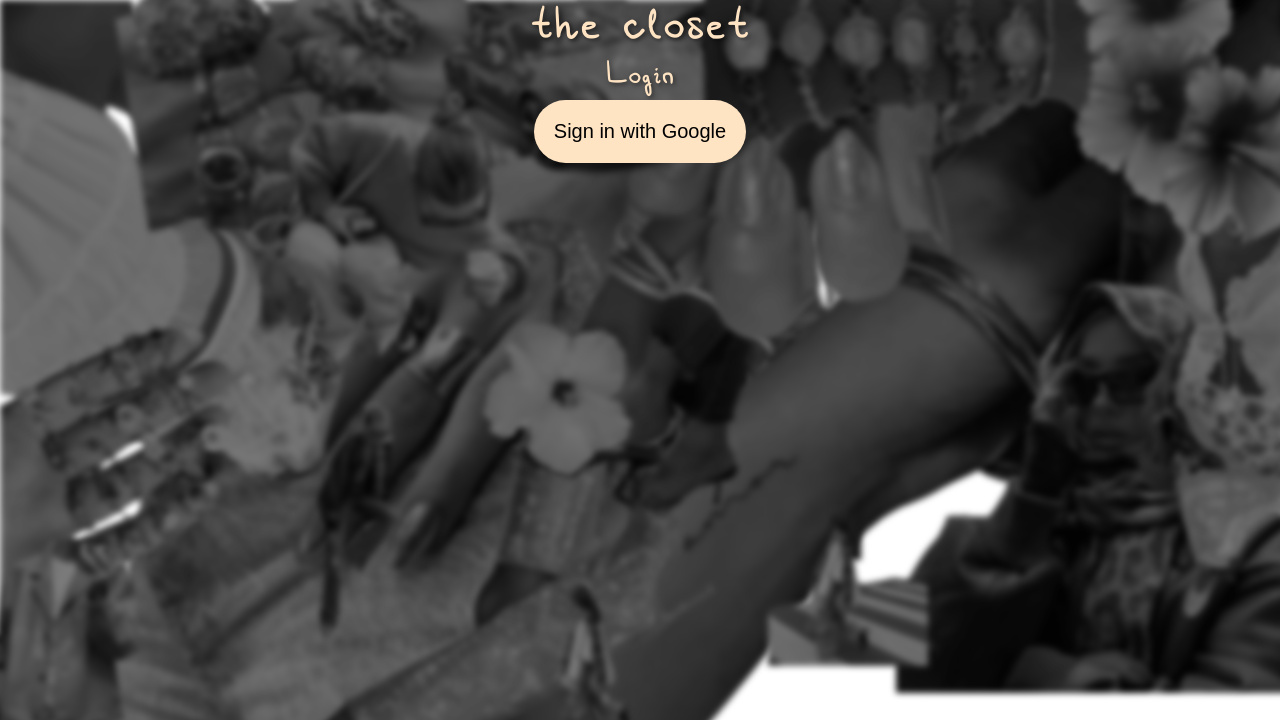
Repository: karla-sikavica/theCloset
Page: / (app in frontend/)
These files come from the project's save history. The page is drawn as it stood at one moment and after the next save; the edit follows.
The browser window is 1280 px wide. The pictures show the whole page.
The project was rebuilt for these pictures with package versions that can differ from the ones it lists, and the page was loaded fresh each time. Also part of the build but not shown: frontend/vite.config.ts.

Above is the page before, as saved 2025-03-29 16:23:02.

### frontend/src/index.css
@font-face {
  font-family: 'Kalla';
  src: url('/fonts/Kalla-Regular.ttf') format('truetype');
  font-weight: 400;
  font-style: normal;
}

:root {
  font-family: 'Kalla', system-ui, Avenir, Helvetica, Arial, sans-serif;
  line-height: 50px;
  font-weight: 400;
  display: block;


  font-synthesis: none;
  text-rendering: optimizeLegibility;
  -webkit-font-smoothing: antialiased;
  -moz-osx-font-smoothing: grayscale;
}

### frontend/src/App.tsx
import { BrowserRouter as Router, Routes, Route } from "react-router-dom";
import "./App.css";
import Login from "./pages/Login";
import Collage from "./components/ui/Collage";

function App() {
  return (
    <Router>
      <Collage />

      <div className="main-content">
        <Routes>
          <Route path="/" element={<Login></Login>} />
          <Route path="/login" element={<Login />} />
        </Routes>
      </div>
    </Router>
  );
}

export default App;

### frontend/src/App.css
#root {
  max-width: 1280px;
  margin: 0 auto;
  padding: 2rem;
  text-align: center;
}

body {
  color: bisque;
  text-shadow: 2px 2px 4px rgba(0, 0, 0, 0.5);
}

body, html, #root {
  margin: 0;
  padding: 0;
  height: 100%;
  width: 100%;
  overflow: hidden;
}

/* Optional: to make sure your app content appears above the collage */
.main-content {
  z-index: 10;

   position: relative;
  /*pointer-events: auto;
  height: 100%; */
}

/*
body::before {
  content: "";
  position: fixed;
  top: 0;
  left: 0;
  width: 100vh;
  height: 100vw;
  background-image: url("/images/download.jpeg");
  background-repeat: no-repeat;
  background-size: cover;
  background-position: center;
  transform: rotate(270deg) translate(-100vh, 0);
  transform-origin: top left;
  z-index: -1;
}

body::after {
  content: "";
  position: fixed;
  top: 0;
  left: 0;
  width: 100vw;
  height: 100vh;
  /* background: rgba(50, 30, 10, 0.6); */
/*   z-index: -1;
 *//* */

### frontend/src/pages/Login.tsx
import GoogleLogin from "../components/ui/GoogleLogin";

function Login() {
  return (
    <div style={{ margin: "auto" }}>
      <h1 style={{ fontSize: 100, margin: 0 }}>the closet</h1>
      <h2 style={{ fontSize: 60, margin: 0 }}>Login</h2>
      <div style={{ textAlign: "center" }}>
        <GoogleLogin></GoogleLogin>
      </div>
    </div>
  );
}

export default Login;

### frontend/src/components/ui/Collage.tsx
import React, { useEffect, useRef } from "react";
import "../css/Collage.css";

/* const imageCount = 32;
 */
type CollageImage = {
  src: string;
  top: string;
  left: string;
  width: string;
  rotate?: string;
  zIndex?: number;
};

const collageConfig: CollageImage[] = [
  {
    src: "/images/photo%20(1).png",
    top: "45%",
    left: "0%",
    width: "250px",
    rotate: "0deg",
    zIndex: 2,
  },
  {
    src: "/images/photo%20(2).png",
    top: "30%",
    left: "25%",
    width: "400px",
    rotate: "0deg",
    zIndex: 1,
  },
  {
    src: "/images/photo%20(3).png",
    top: "18%",
    left: "40%",
    width: "350px",
    rotate: "0deg",
    zIndex: 0,
  },
  {
    src: "/images/photo%20(4).png",
    top: "-5%",
    left: "55%",
    width: "400px",
    rotate: "0deg",
    zIndex: 3,
  },
  {
    src: "/images/photo%20(5).png",
    top: "30%",
    left: "40%",
    width: "260px",
    rotate: "0deg",
    zIndex: 1,
  },
  {
    src: "/images/photo%20(6).png",
    top: "10%",
    left: "18%",
    width: "300px",
    rotate: "0deg",
    zIndex: 4,
  },
  {
    src: "/images/photo%20(7).png",
    top: "38%",
    left: "70%",
    width: "400px",
    rotate: "0deg",
    zIndex: 1,
  },
  {
    src: "/images/photo%20(8).png",
    top: "0%",
    left: "0%",
    width: "350px",
    rotate: "0deg",
    zIndex: 1,
  },
  {
    src: "/images/photo%20(9).png",
    top: "0%",
    left: "35%",
    width: "280px",
    rotate: "-6deg",
    zIndex: 2,
  },
  {
    src: "/images/photo%20(10).png",
    top: "42%",
    left: "20%",
    width: "200px",
    rotate: "15deg",
    zIndex: 1,
  },
  {
    src: "/images/photo%20(11).png",
    top: "-20%",
    left: "70%",
    width: "400px",
    rotate: "0deg",
    zIndex: 0,
  },
  {
    src: "/images/photo%20(12).png",
    top: "-20%",
    left: "10%",
    width: "350px",
    rotate: "-9deg",
    zIndex: 1,
  },
  {
    src: "/images/photo%20(13).png",
    top: "0%",
    left: "6%",
    width: "550px",
    rotate: "0deg",
    zIndex: 0,
  },
  {
    src: "/images/photo%20(14).png",
    top: "70%",
    left: "60%",
    width: "160px",
    rotate: "0deg",
    zIndex: 2,
  },
  {
    src: "/images/photo%20(15).png",
    top: "75%",
    left: "40%",
    width: "170px",
    rotate: "-8deg",
    zIndex: 3,
  },
  {
    src: "/images/photo%20(16).png",
    top: "3%",
    left: "48%",
    width: "500px",
    rotate: "3deg",
    zIndex: 0,
  },
  {
    src: "/images/photo%20(17).png",
    top: "0%",
    left: "45%",
    width: "380px",
    rotate: "0deg",
    zIndex: 1,
  },
  {
    src: "/images/photo%20(18).png",
    top: "75%",
    left: "-3%",
    width: "200px",
    rotate: "10deg",
    zIndex: 3,
  },
  {
    src: "/images/photo%20(19).png",
    top: "22%",
    left: "86%",
    width: "290px",
    rotate: "0deg",
    zIndex: 2,
  },
  {
    src: "/images/photo%20(30).png",
    top: "-20%",
    left: "80%",
    width: "300px",
    rotate: "-27deg",
    zIndex: 3,
  },
  {
    src: "/images/photo%20(29).png",
    top: "30%",
    left: "35%",
    width: "270px",
    rotate: "180deg",
    zIndex: 3,
  } /*,
  {
    src: "/images/photo%20(22).png",
    top: "65%",
    left: "5%",
    width: "160px",
    rotate: "5deg",
    zIndex: 3,
  },
  {
    src: "/images/photo%20(23).png",
    top: "60%",
    left: "20%",
    width: "180px",
    rotate: "-7deg",
    zIndex: 2,
  },
  {
    src: "/images/photo%20(24).png",
    top: "15%",
    left: "50%",
    width: "190px",
    rotate: "6deg",
    zIndex: 1,
  },
  {
    src: "/images/photo%20(25).png",
    top: "10%",
    left: "30%",
    width: "160px",
    rotate: "-4deg",
    zIndex: 3,
  },
  {
    src: "/images/photo%20(26).png",
    top: "40%",
    left: "50%",
    width: "170px",
    rotate: "11deg",
    zIndex: 2,
  },
  {
    src: "/images/photo%20(27).png",
    top: "50%",
    left: "75%",
    width: "180px",
    rotate: "-9deg",
    zIndex: 1,
  },
  {
    src: "/images/photo%20(28).png",
    top: "35%",
    left: "10%",
    width: "200px",
    rotate: "4deg",
    zIndex: 2,
  },
  {
    src: "/images/photo%20(29).png",
    top: "25%",
    left: "65%",
    width: "190px",
    rotate: "-5deg",
    zIndex: 3,
  },
  {
    src: "/images/photo%20(30).png",
    top: "70%",
    left: "85%",
    width: "160px",
    rotate: "6deg",
    zIndex: 1,
  },
  {
    src: "/images/photo%20(31).png",
    top: "80%",
    left: "35%",
    width: "170px",
    rotate: "-3deg",
    zIndex: 2,
  },
  {
    src: "/images/photo%20(32).png",
    top: "90%",
    left: "50%",
    width: "180px",
    rotate: "8deg",
    zIndex: 3,
  }, */,
];

const Collage: React.FC = () => {
  return (
    <div className="collage-background">
      {collageConfig.map((img, index) => (
        <img
          key={index}
          src={img.src}
          alt={`collage-img-${index}`}
          className="collage-img"
          style={{
            top: img.top,
            left: img.left,
            width: img.width,
            transform: `rotate(${img.rotate || "0deg"})`,
            zIndex: img.zIndex || 0,
          }}
        />
      ))}
    </div>
  );
};

export default Collage;

/*
const Collage: React.FC = () => {
  const containerRef = useRef<HTMLDivElement>(null);

  useEffect(() => {
    const container = containerRef.current;
    if (!container) return;

    const imgs = container.querySelectorAll("img");
    imgs.forEach((img) => {
      const x = Math.random() * 100;
      const y = Math.random() * 100;
      const rotate = Math.random() * 20 - 10; // rotate between -10 and +10 degrees
      const z = Math.floor(Math.random() * 10); // random z-index

      img.style.top = `${y}vh`;
      img.style.left = `${x}vw`;
      img.style.transform = `rotate(${rotate}deg)`;
      img.style.zIndex = z.toString();
    });
  }, []);

  return (
    <div className="collage-background" ref={containerRef}>
      {[...Array(imageCount)].map((_, index) => (
        <img
          key={index}
          src={`/images/photo%20(${index + 1}).png`}
          alt={`collage-img-${index}`}
          className="collage-img"
        />
      ))}
    </div>
  );
};

export default Collage; */

### frontend/src/components/ui/GoogleLogin.tsx
// src/components/GoogleLogin.js
import { signInWithPopup } from "firebase/auth";
import { auth, googleProvider } from "../../firebase";
import GoogleButton from "./GoogleButton";

function GoogleLogin() {
  const handleGoogleLogin = async () => {
    try {
      const result = await signInWithPopup(auth, googleProvider);
      const user = result.user;

      const token = await user.getIdToken();
      console.log("✅ Google login successful! Token:", token);

      const res = await fetch("http://localhost:8080/categories", {
        headers: {
          Authorization: `Bearer ${token}`,
        },
      });

      const data = await res.json();
      console.log("Backend response:", data);
    } catch (error: any) {
      console.error("❌ Google login error:", error.message);
    }
  };

  return (
    <div>
      <GoogleButton onClick={handleGoogleLogin}>
        Sign in with Google
      </GoogleButton>{" "}
    </div>
  );
}

export default GoogleLogin;

### frontend/src/components/css/Collage.css

  .collage-background {
    position: fixed;
    top: 0;
    left: 0;
    width: 100vw;
    height: 100vh;
    overflow: hidden;
    z-index: 0;
    pointer-events: auto;
  }

  .collage-img {
    position: absolute;
    object-fit: contain;
    filter: grayscale(100%) blur(3px) brightness(0.5);
    pointer-events: auto;
    border: none;
  }

  .collage-img:hover {
    filter: grayscale(0%);

/*     border: 3px solid bisque;
 */  }

### frontend/src/firebase.ts
import { initializeApp } from "firebase/app";
import { getAuth, GoogleAuthProvider  } from "firebase/auth";

//import { getAnalytics } from "firebase/auth";

const firebaseConfig = {
  apiKey: "AIzaSyAbHQdx6UcrnGOItmjSgqMahJKQc3tssx8",
  authDomain: "thecloset-7ba5e.firebaseapp.com",
  projectId: "thecloset-7ba5e",
  storageBucket: "thecloset-7ba5e.firebasestorage.app",
  messagingSenderId: "77195632073",
  appId: "1:77195632073:web:69fd94b7e825471e71dc18",
  measurementId: "G-8GEFS4DWQG"
};

// Initialize Firebase
const app = initializeApp(firebaseConfig);
export const auth = getAuth(app);
export const googleProvider = new GoogleAuthProvider();


//const analytics = getAnalytics(app);

### frontend/src/components/ui/GoogleButton.tsx
import styles from "../css/GoogleButton.module.css";

interface Props {
  children: React.ReactNode;
  onClick: () => void;
}

const GoogleButton = ({ onClick, children }: Props) => {
  return (
    <button onClick={onClick} className={styles.googleButton}>
      {children}
    </button>
  );
};

export default GoogleButton;

### frontend/src/components/css/GoogleButton.module.css
.googleButton{
    border-radius: 50px;
    padding: 20px;
    background-color: bisque;
    font-size: 20px;
    border: none;
}

.googleButton:hover{
    background-color: rgb(192, 173, 148);
}

Loaded but not shown: frontend/index.html (common file); frontend/src/main.tsx (common file)

After the next save:
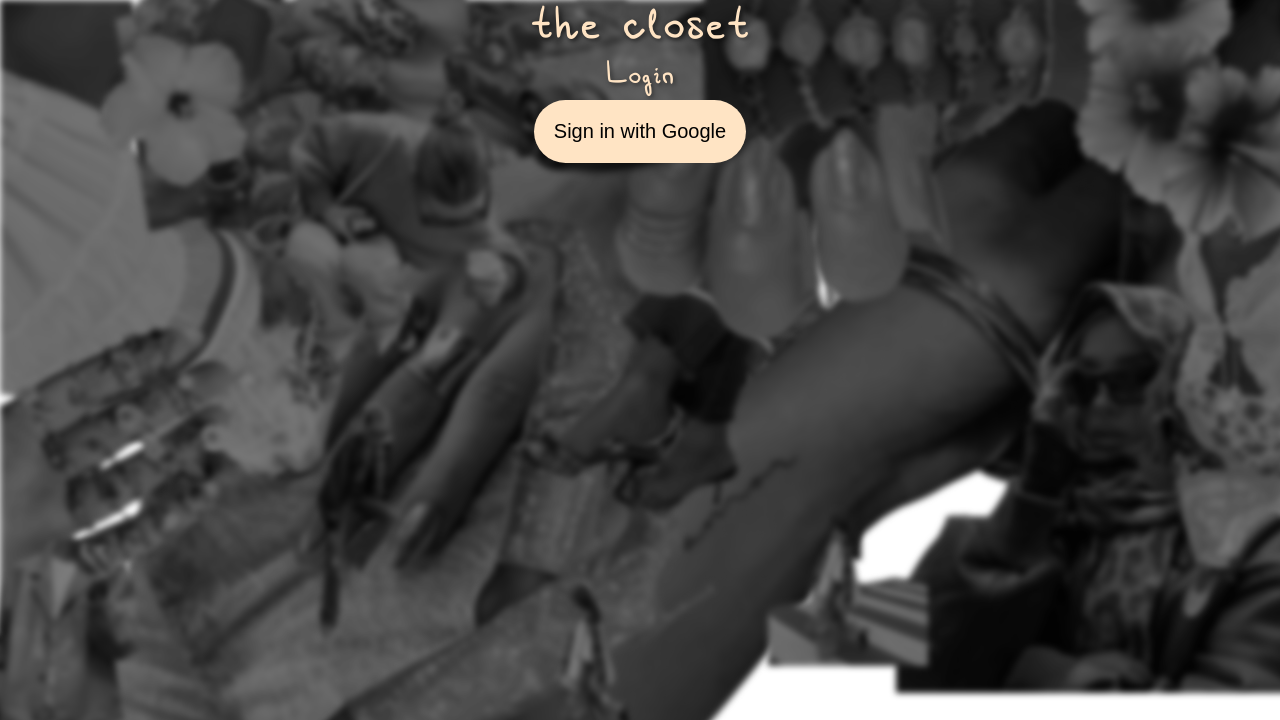
Saved 40 s later.
--- a/frontend/src/components/ui/Collage.tsx
+++ b/frontend/src/components/ui/Collage.tsx
@@ -175,8 +175,8 @@
   },
   {
     src: "/images/photo%20(29).png",
-    top: "30%",
-    left: "35%",
+    top: "-10%",
+    left: "5%",
     width: "270px",
     rotate: "180deg",
     zIndex: 3,
